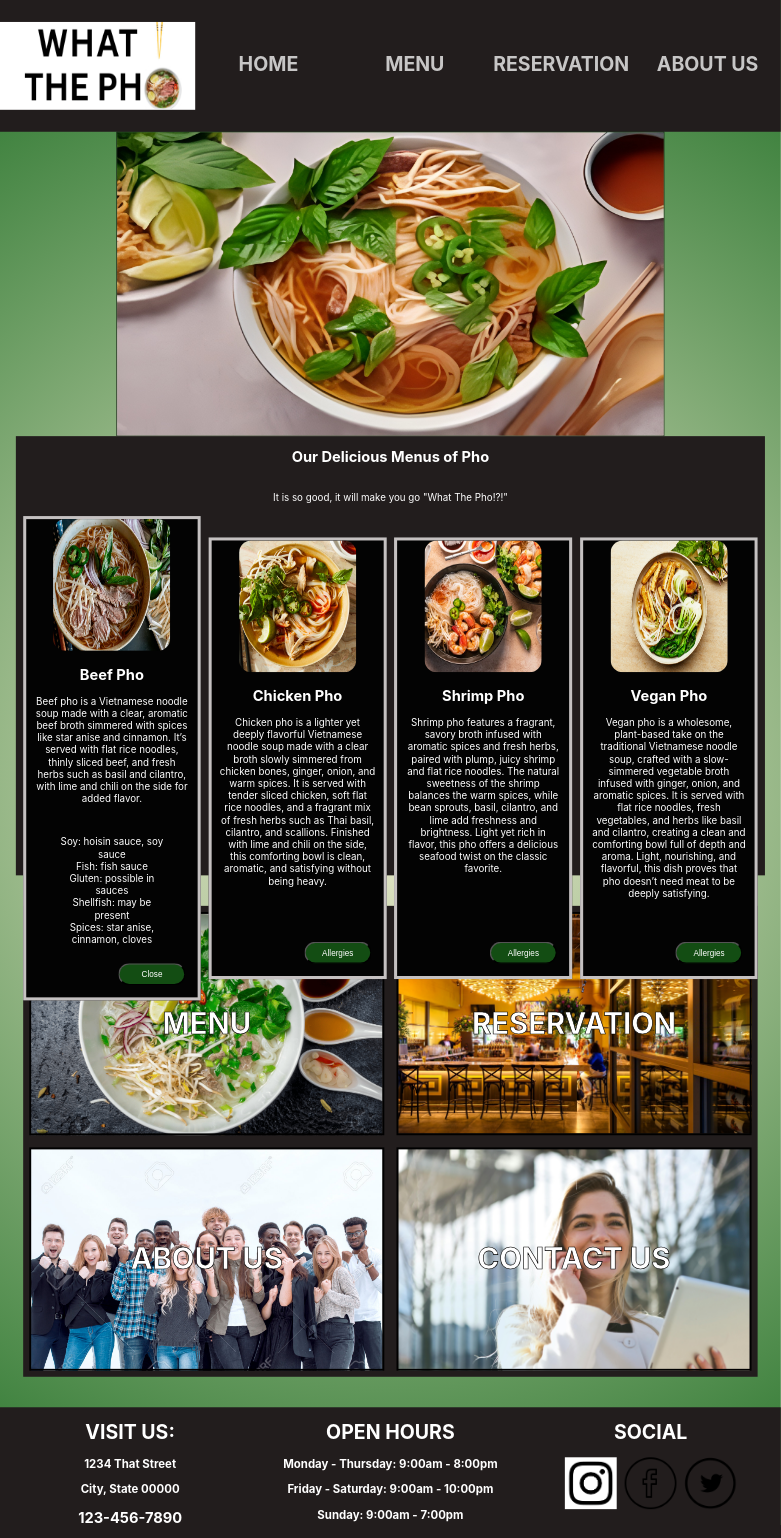
Repository: NguyenkhDang/Restaurant-Website
Page: /, after clicking the first element matching `button.btnShowMore`
The author's editor kept a copy of each file at every save. The page is drawn from the files as they stood at one save, then again after the next save.
The browser window is 1280 px wide. The pictures show the whole page, at 61% of full size.
The project was rebuilt for these pictures with package versions that can differ from the ones it lists, and the page was loaded fresh each time. Also part of the build but not shown: src/Pages/MenuPage.js, src/CSS/ReservationForm.css, src/ReservationForm.js, src/Pages/ReservationPage.js, src/CSS/AboutUs.css, src/Pages/AboutUsPage.js, src/CSS/ContactUs.css, src/Pages/ContactUsPage.js.

Above is the page before, as saved 2026-01-18 23:55:38.

After the next save:
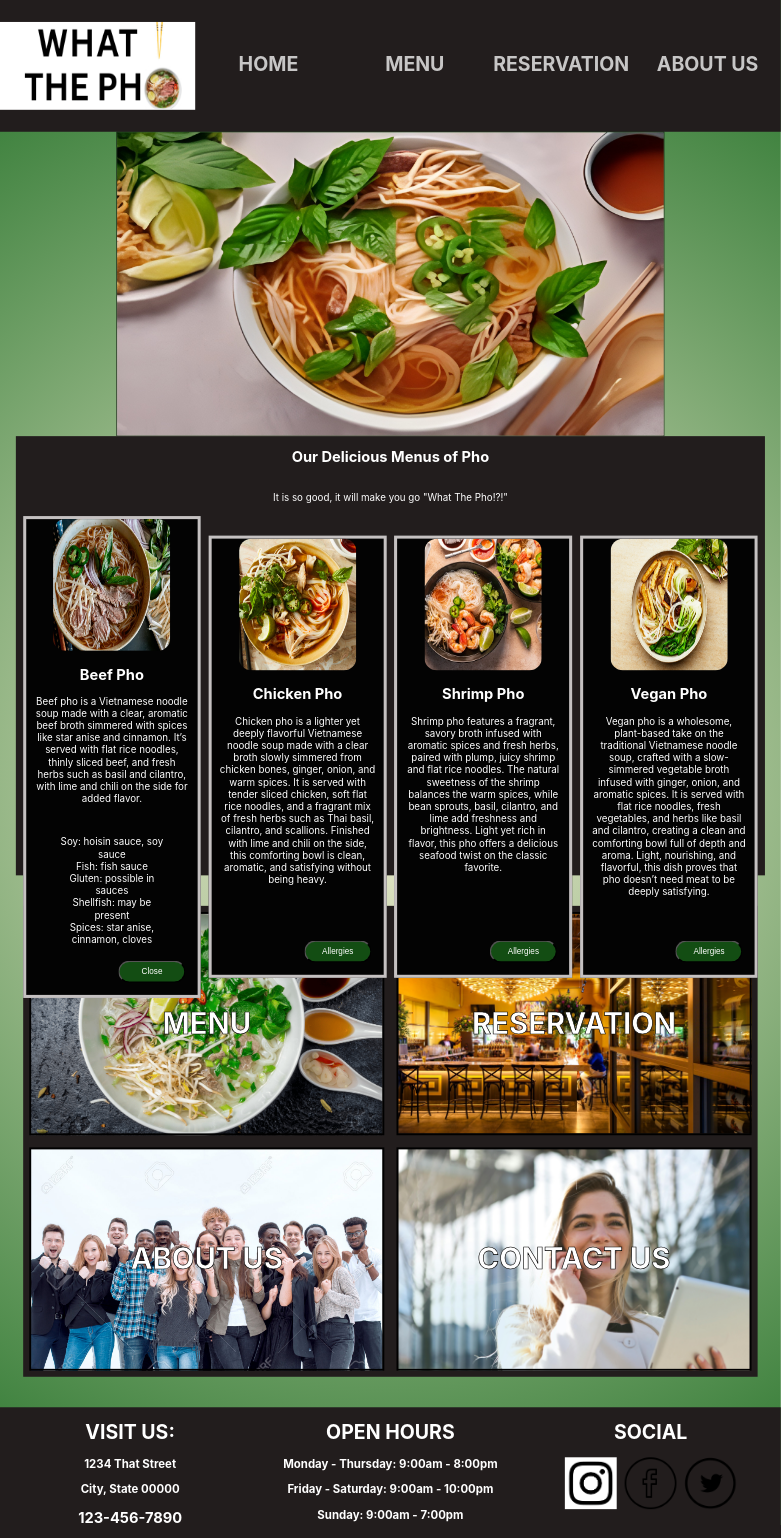
Saved 99 s later.
--- a/src/CSS/Readmore.css
+++ b/src/CSS/Readmore.css
@@ -14,7 +14,7 @@
   margin-bottom: 50px ;
 }
 .descriptionContainer.isExpand{
-  min-height: 720px;
+  min-height: auto;
 }
 .descriptionContainer img{
   width: 20%;
